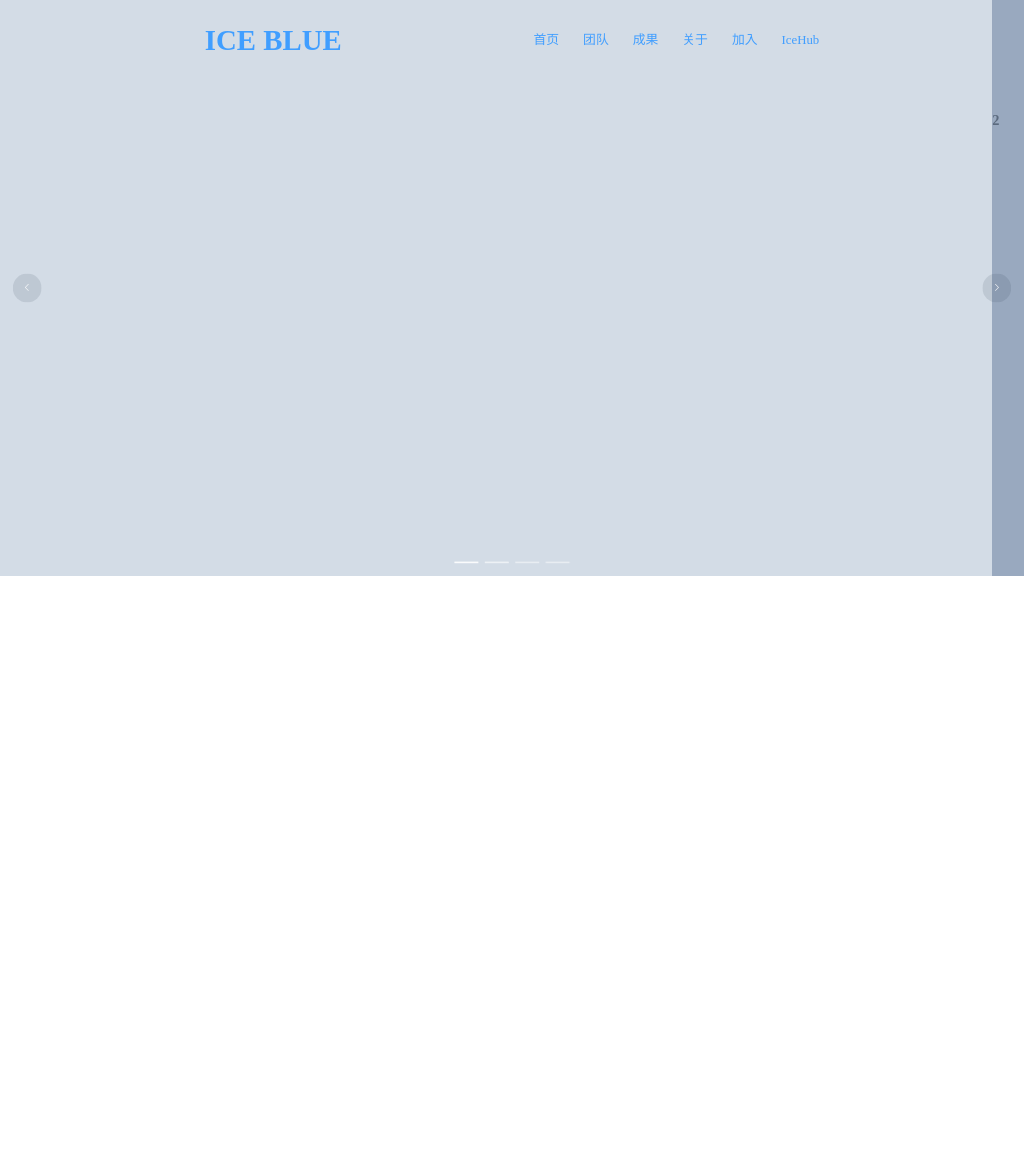
Repository: zxl-lxz/iceblue
Page: /
An editor plug-in stored every save of this project. The page is shown before and after the next save, followed by the edit.
The browser window is 1280 px wide. The pictures show the whole page, at 80% of full size.
The project was rebuilt for these pictures with package versions that can differ from the ones it lists, and the page was loaded fresh each time.

Above is the page before, as saved 2018-03-22 10:32:01.

### src/main.js
// The Vue build version to load with the `import` command
// (runtime-only or standalone) has been set in webpack.base.conf with an alias.
import Vue from 'vue'
import ElementUI from 'element-ui'
import 'element-ui/lib/theme-chalk/index.css'
import App from './App'
import router from './router'

Vue.config.productionTip = false

Vue.use(ElementUI)
/* eslint-disable no-new */
new Vue({
  el: '#app',
  router,
  components: { App },
  template: '<App/>'
})

### src/App.vue
<template>
  <div id="app">
    <ice-header></ice-header>
    <ice-team></ice-team>
    <ice-ach></ice-ach>
  </div>
</template>

<script>
import IceHeader from 'components/ice-header/ice-header'
import IceTeam from 'components/ice-team/ice-team'
import IceAch from 'components/ice-achievements/ice-ach'
export default {
  name: 'App',
  components: {
    IceHeader,
    IceTeam,
    IceAch
  }
}
</script>

<style>
@import 'assets/reset.css';

html,
body,
div {
  height: 100%;
}
</style>

### src/router/index.js
import Vue from 'vue'
import Router from 'vue-router'

Vue.use(Router)

export default new Router({
  routes: [ ]
})

### src/assets/reset.css
blockquote,body,button,dd,dl,dt,fieldset,form,h1,h2,h3,h4,h5,h6,hr,input,legend,li,ol,p,pre,td,textarea,th,ul {margin:0;padding:0}
h1,h2,h3,h4,h5,h6 {font-size:100%}
address,cite,dfn,em,var {font-style:normal}
code,kbd,pre,samp {font-family:courier new,courier,monospace}
small {font-size:12px}
ol,ul {list-style:none}
a {text-decoration:none}
a:hover {text-decoration:underline}
sup {vertical-align:text-top}
sub {vertical-align:text-bottom}
legend {color:#000}
fieldset,img {border:0}
button,input,select,textarea {font-size:100%}
table {border-collapse:collapse;border-spacing:0}

### src/components/ice-header/ice-header.vue
<template>
  <div class="ice-header">
    <el-row>
      <el-col :span="24">
          <div class="main">
            <h1 class="logo"><a href="">ICE  BLUE</a></h1>
              <ul>
                <li><a href="">首页</a></li>
                <li><a href="">团队</a></li>
                <li><a href="">成果</a></li>
                <li><a href="">关于</a></li>
                <li><a href="">加入</a></li>
                <li><a href="">IceHub</a></li>
              </ul>
          </div>
      </el-col>
    </el-row>
  </div>
</template>

<script type="text/javascript">
export default {}
</script>

<style scoped>
.ice-header {
  width: 100%;
  height: 100px;
  position: fixed;
  top: 0;
  z-index: 999;
}
.el-row {
  width: 100%;
  height: 100px;
  position: fixed;
  top: 0;
  left: 0;
  overflow: hidden;
}
.ice-header a:hover {
  text-decoration: none;
}
.main {
  width: 60%;
  height: 100px;
  margin: 0 auto;
}
.logo {
  height: 100px;
  float: left;
  line-height: 100px;
}
.logo a {
  font-family: 'Antique Olive';
  font-size: 36px;
  font-weight: bolder;
  color: #409eff;
}
ul {
  float: right;
  line-height: 100px;
}
ul li {
  display: inline-block;
  padding-left: 30px;
}
ul li a {
  font-size: 16px;
  color: #409eff;
}
</style>

### src/components/ice-team/ice-team.vue
<template>
  <div class="ice-team">
    <el-carousel :interval="5000" arrow="always" height="100%">
        <el-carousel-item v-for="item in 4" :key="item">
            <h3>{{ item }}</h3>
        </el-carousel-item>
    </el-carousel>
  </div>
</template>

<script type="text/ecmascript6">
export default {

}
</script>

<style scoped>
	.el-carousel__item h3 {
    color: #475669;
    font-size: 18px;
    opacity: 0.75;
    line-height: 300px;
    margin: 0;
  }

  .el-carousel__item:nth-child(2n) {
    background-color: #99a9bf;
  }

  .el-carousel__item:nth-child(2n+1) {
    background-color: #d3dce6;
  }
</style>

### src/components/ice-achievements/ice-ach.vue
<template>
  <div class="iceAch"></div>
</template>

<script>
export default {}
</script>

<style scoped>
.iceAch {
  width: 100%;
  height: 100%;
}
</style>

Loaded but not shown: index.html (common file)

After the next save:
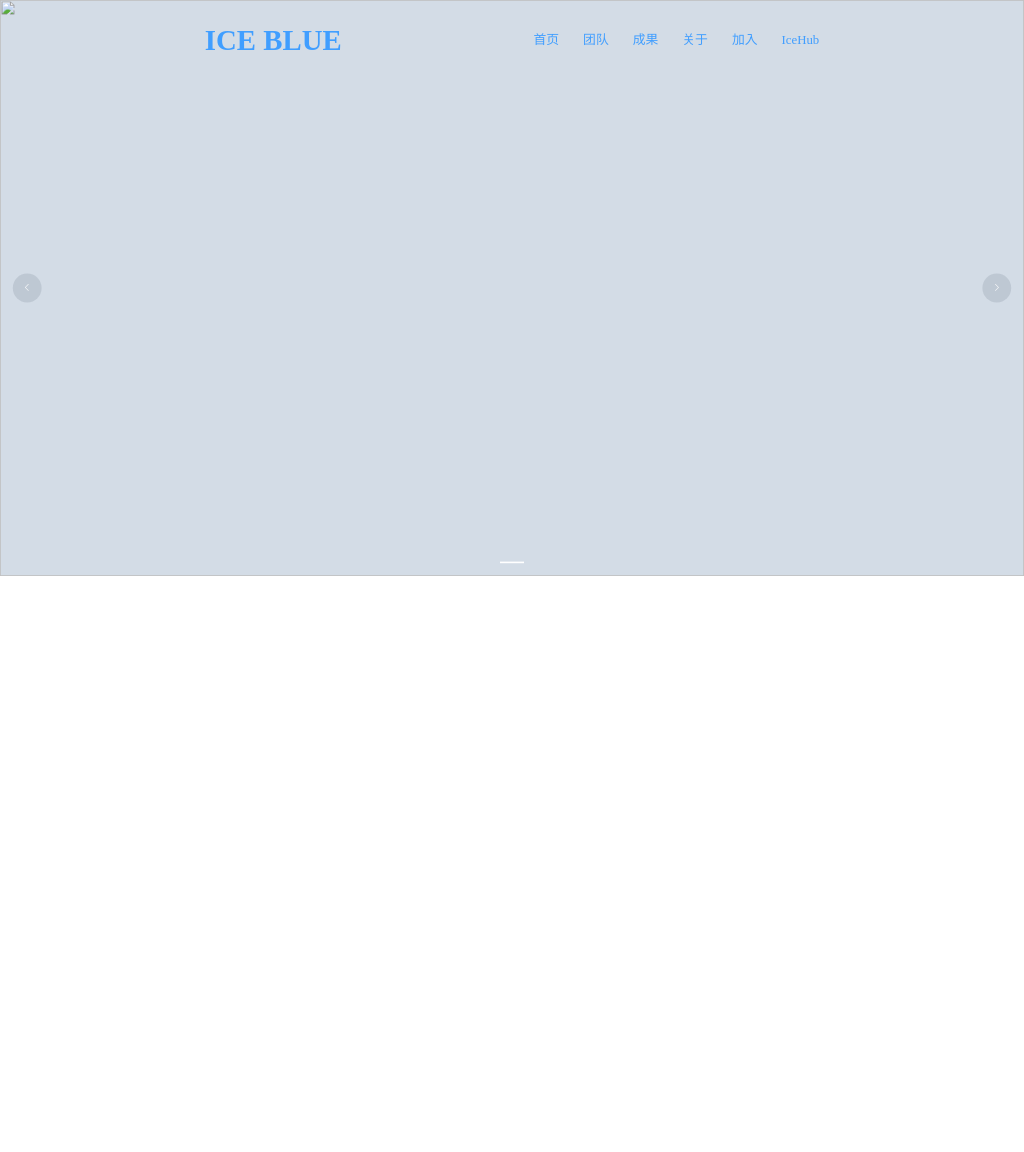
Not found: assets/img/Koala.jpg
Saved 13 min 56 s later.
--- a/src/components/ice-team/ice-team.vue
+++ b/src/components/ice-team/ice-team.vue
@@ -1,8 +1,8 @@
 <template>
   <div class="ice-team">
     <el-carousel :interval="5000" arrow="always" height="100%">
-        <el-carousel-item v-for="item in 4" :key="item">
-            <h3>{{ item }}</h3>
+        <el-carousel-item v-for="item in items" :key="item">
+            <img :src="item">
         </el-carousel-item>
     </el-carousel>
   </div>
@@ -10,24 +10,30 @@
 
 <script type="text/ecmascript6">
 export default {
-
+  data() {
+    return {
+      items: {
+        pic1: '../assets/img/Koala.jpg',
+        pic1: '../assets/img/Koala.jpg',
+        pic1: '../assets/img/Koala.jpg',
+        pic1: '../assets/img/Koala.jpg'
+      }
+    }
+  }
 }
 </script>
 
 <style scoped>
-	.el-carousel__item h3 {
-    color: #475669;
-    font-size: 18px;
-    opacity: 0.75;
-    line-height: 300px;
-    margin: 0;
-  }
+.el-carousel__item img {
+  width: 100%;
+  height: 100%;
+}
 
-  .el-carousel__item:nth-child(2n) {
-    background-color: #99a9bf;
-  }
+.el-carousel__item:nth-child(2n) {
+  background-color: #99a9bf;
+}
 
-  .el-carousel__item:nth-child(2n+1) {
-    background-color: #d3dce6;
-  }
+.el-carousel__item:nth-child(2n + 1) {
+  background-color: #d3dce6;
+}
 </style>
